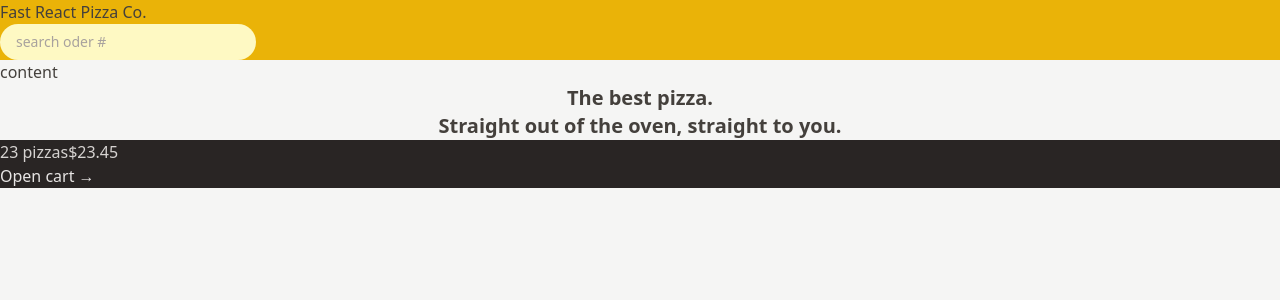
Repository: ayakhaled0001/pizza-delivery
Page: /
An editor plug-in stored every save of this project. The page is shown before and after the next save, followed by the edit.
The browser window is 1280 px wide. The pictures show the whole page.
The project was rebuilt for these pictures with package versions that can differ from the ones it lists, and the page was loaded fresh each time. Also part of the build but not shown: vite.config.js, src/services/apiRestaurant.jsx, src/utilities/helpers.jsx, src/features/menu/MenuItem.jsx, src/features/menu/Menu.jsx, src/features/cart/Cart.jsx, src/features/order/Order.jsx, src/ui/Loader.jsx and 1 more. Imported but missing from the stored project, and not drawn on this page: src/features/order/CreateOrder.

Above is the page before, as saved 2025-05-01 02:13:27.

After the next save:
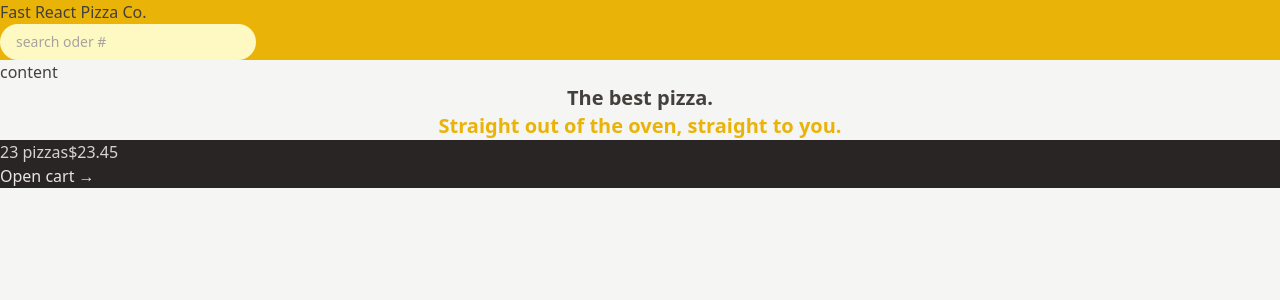
Saved 19 s later.
--- a/src/ui/Home.jsx
+++ b/src/ui/Home.jsx
@@ -1,10 +1,12 @@
 function Home() {
   return (
     <div>
-      <h1 className="text-xl text-stone-700 font-semibold text-center">
+      <h1 className="text-xl  font-semibold text-center">
         The best pizza.
         <br />
-        <span>Straight out of the oven, straight to you.</span>
+        <span className="text-yellow-500">
+          Straight out of the oven, straight to you.
+        </span>
       </h1>
     </div>
   );
